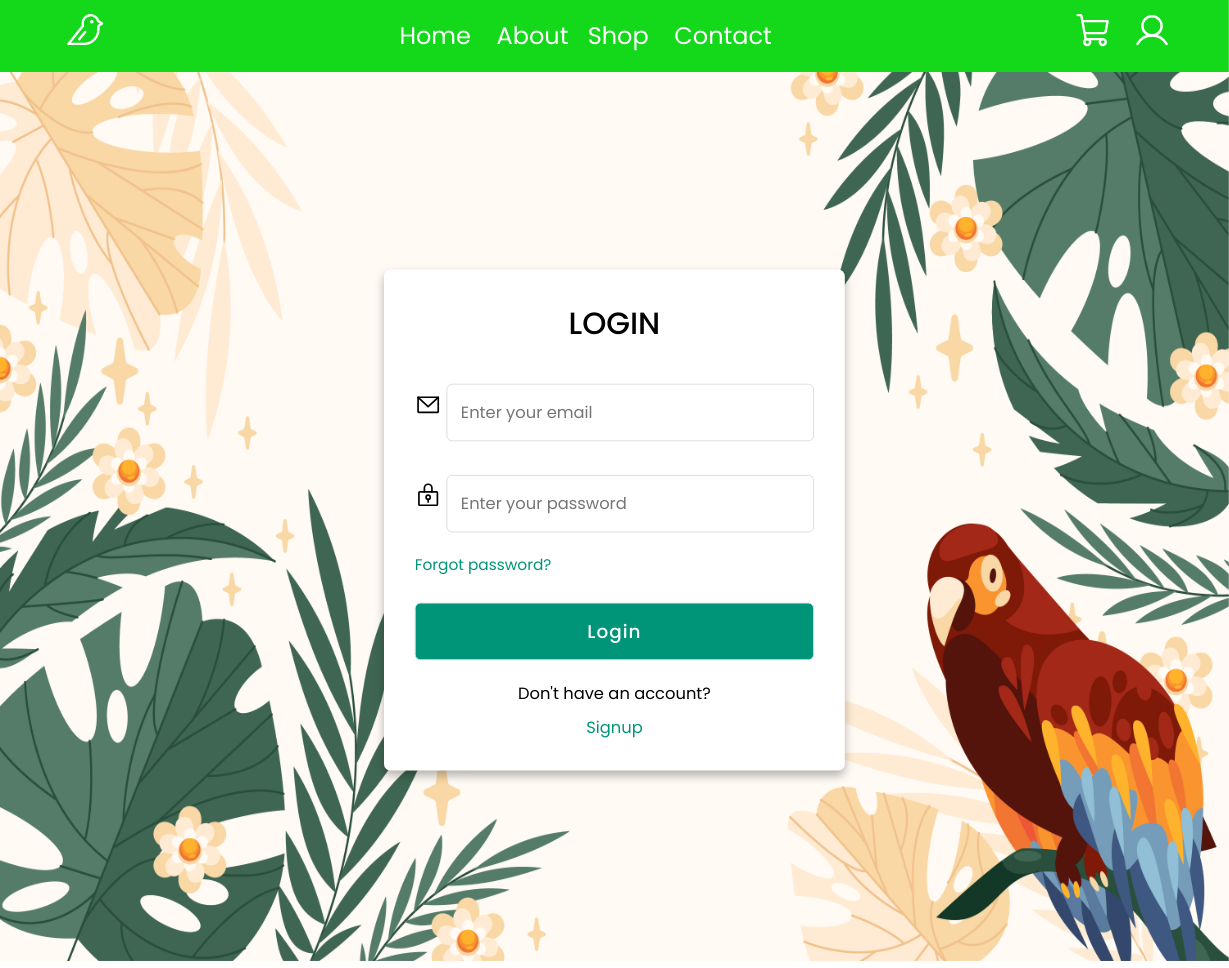
Repository: Vuhainam64/SWP391
Page: /register (app in React/swp391-app/)
These files come from the project's save history. The page is drawn as it stood at one moment and after the next save; the edit follows.
The browser window is 1280 px wide. The pictures show the whole page, at 96% of full size.
The project was rebuilt for these pictures with package versions that can differ from the ones it lists, and the page was loaded fresh each time. Also part of the build but not shown: React/swp391-app/src/pages/home/home.jsx, React/swp391-app/src/pages/about/about.jsx, React/swp391-app/src/pages/shop/product.jsx, React/swp391-app/src/pages/shop/shop.css, React/swp391-app/src/pages/shop/shop.jsx, React/swp391-app/src/pages/contact/contact.jsx, React/swp391-app/src/pages/cart/cart-item.jsx, React/swp391-app/src/pages/cart/cart.css and 1 more.

Above is the page before, as saved 2023-05-30 15:04:34.

After the next save:
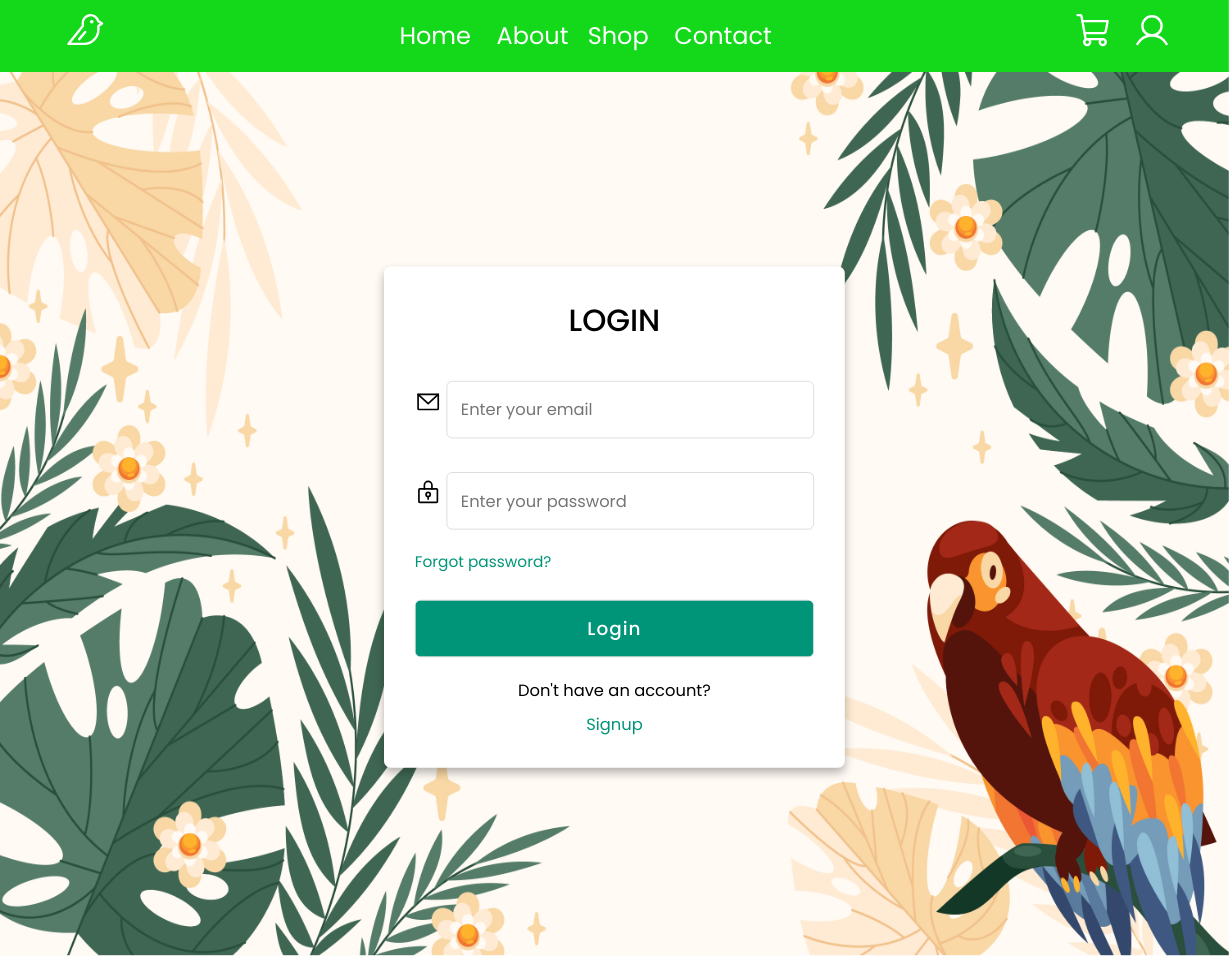
Saved 8 s later.
--- a/React/swp391-app/src/pages/register/register.css
+++ b/React/swp391-app/src/pages/register/register.css
@@ -14,7 +14,7 @@
 
 .images img {
   width: 100%;
-  height: 926.4px;
+  height: 920px;
 }
 
 .container{
